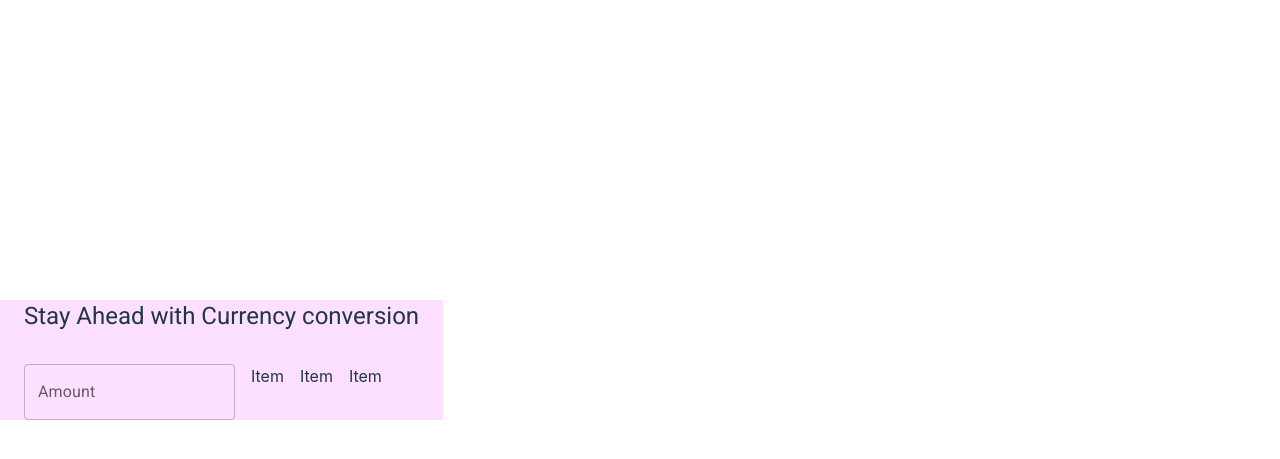
Repository: Asad-devv/CURRENCY
Page: /
These files come from the project's save history. The page is drawn as it stood at one moment and after the next save; the edit follows.
The browser window is 1280 px wide. The pictures show the whole page.
The project was rebuilt for these pictures with package versions that can differ from the ones it lists, and the page was loaded fresh each time. Also part of the build but not shown: craco.config.js.

Above is the page before, as saved 2023-03-01 21:47:27.

### src/main.jsx
import React from 'react'
import ReactDOM from 'react-dom/client'
import App from './App'
import './index.css'
import '@fontsource/roboto/300.css';
import '@fontsource/roboto/400.css';
import '@fontsource/roboto/500.css';
import '@fontsource/roboto/700.css';


ReactDOM.createRoot(document.getElementById('root')).render(
  <React.StrictMode>
    <App />
  </React.StrictMode>,
)

### src/App.jsx
import { Button, Container,Typography,Grid } from "@mui/material";
import { useState } from "react";
import reactLogo from "./assets/react.svg";
import InputAmount from "./components/InputAmount";
import SelectCountry from "./components/selectCountry";
import SwitchCurrency from "./components/SwitchCurrency";
// import './App.css'

function App() {
  const [count, setCount] = useState(0);

  return (
    <Container maxWidth="md" sx={{ background: "#fddfff" }}>
      <Typography variant = "h5"sx={{mb:"2rem"}}>Stay Ahead with Currency conversion</Typography>
      <Grid container spacing ={2}>
        <InputAmount/>
        <SelectCountry/>
        <SwitchCurrency/>
        <SelectCountry/>
      </Grid>
    </Container>
  );
}

export default App;

### src/components/InputAmount.jsx
import React from "react";

import { Grid, TextField ,InputAdornment} from "@mui/material";
const InputAmount = () => {
  return (
    <Grid item>
      <TextField
        label="Amount"
        fullWidth
        inputProps={{ type: "number",startAdornment :<InputAdornment>qwnm$</InputAdornment> }}

      ></TextField>
    </Grid>
  );
};

export default InputAmount;

### src/components/selectCountry.jsx
import React from 'react'
import {Grid } from "@mui/material"
const SelectCountry = () => {
  return (
    <Grid item>
    Item
  </Grid>
  )
}

export default SelectCountry

### src/components/SwitchCurrency.jsx
import React from 'react'
import {Grid } from "@mui/material"
const SwitchCurrency = () => {
  return (
    <Grid item>
    Item
  </Grid>
  )
}

export default SwitchCurrency

Loaded but not shown: index.html (common file); src/index.css (common file)

After the next save:
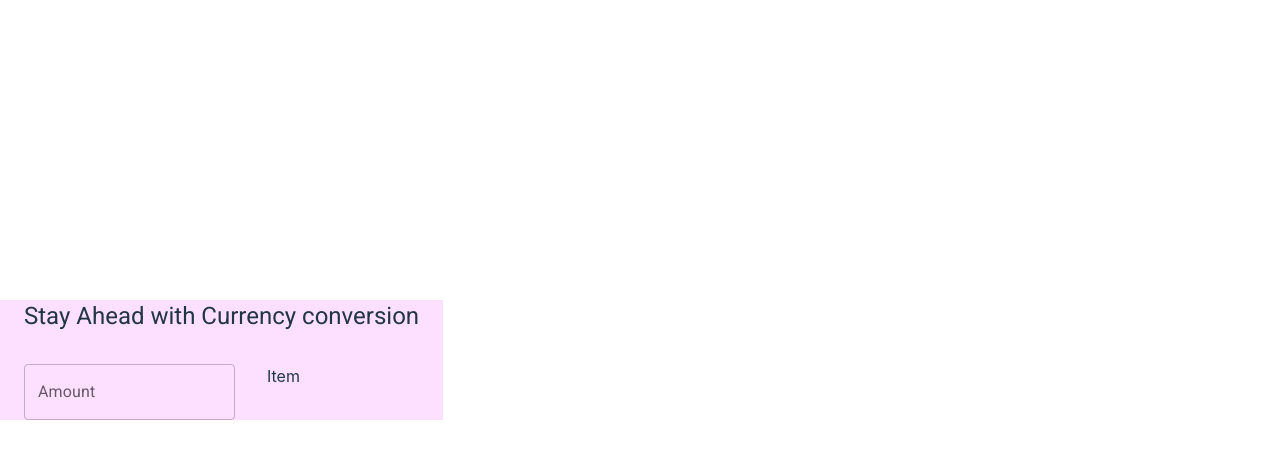
Saved 2 min 18 s later.
--- a/src/components/selectCountry.jsx
+++ b/src/components/selectCountry.jsx
@@ -3,7 +3,7 @@ import {Grid } from "@mui/material"
 const SelectCountry = () => {
   return (
     <Grid item>
-    Item
+
   </Grid>
   )
 }
